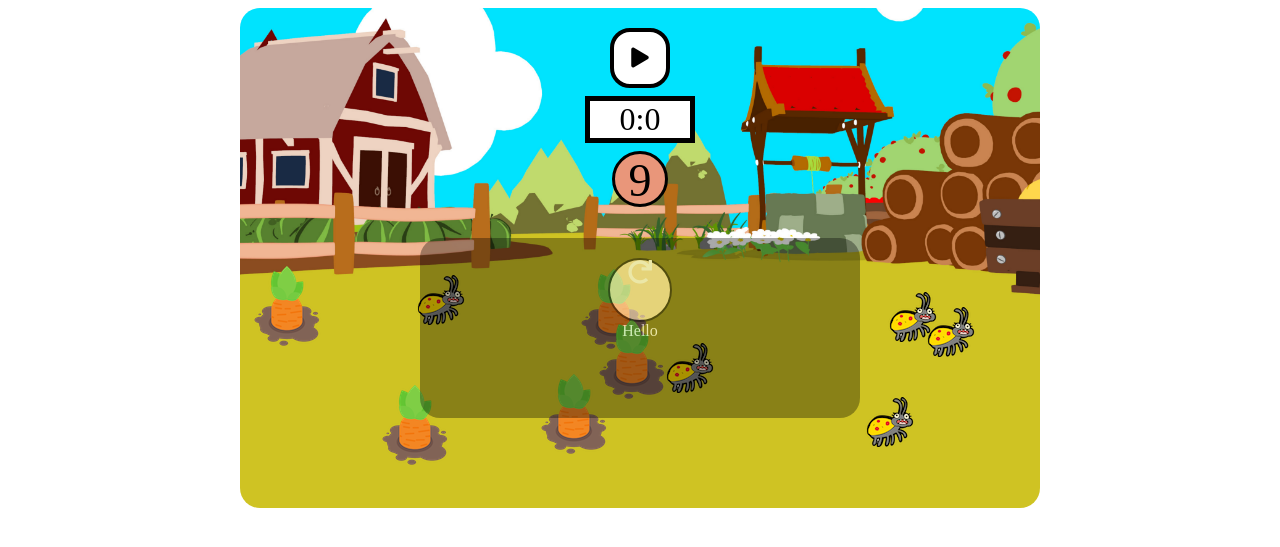
Repository: DevMinwoo-Jung/JavaScript101
Page: WebApIs/carrotClone/index.html
The author's editor kept a copy of each file at every save. The page is drawn from the files as they stood at one save, then again after the next save.
The browser window is 1280 px wide. The pictures show the whole page.

Above is the page before, as saved 2021-06-23 10:48:24.

### WebApIs/carrotClone/index.html
<!DOCTYPE html>
<html lang="en">
<head>
  <meta charset="UTF-8">
  <meta http-equiv="X-UA-Compatible" content="IE=edge">
  <meta name="viewport" content="width=device-width, initial-scale=1.0">
  <link rel="stylesheet" href="style.css">
  <script src="main.js" defer></script>
  <link rel="stylesheet" href="https://use.fontawesome.com/releases/v5.15.3/css/all.css" integrity="sha384-SZXxX4whJ79/gErwcOYf+zWLeJdY/qpuqC4cAa9rOGUstPomtqpuNWT9wdPEn2fk" crossorigin="anonymous">
  <title>Fun game</title>
</head>
<body>
  <section class="game">
    <header class="game__header">
      <button class="game__button">
        <i class="fas fa-play"></i>
        <!-- <i class="fas fa-stop"></i> -->
      </button>
        <span class="game__timer">0:0</span>
        <span class="game__score">9</span>
    </header>
    <section class="game__field"></section>
  </section>
  <section class="pop-up">
    <buttno class="pop-up__refresh">
      <i class="fas fa-redo"></i>
    </buttno>
    <span class="pop-up__message">Hello</span>
  </section>
</body>
</html>

### WebApIs/carrotClone/style.css
body {
  text-align: center;
}
.game {
  display: flex;
  flex-direction: column;
  width: 800px;
  height: 500px;
  background: url(img/background.png) center/cover;
  margin: auto;
  border-radius: 20px;
}

button {
  border: none;
  outline: none;
  cursor: pointer;
}
.game__header {
  display: flex;
  flex-direction: column;
  align-items: center;
  padding: 20px;
}

.game__button {
  width: 60px;
  height: 60px;
  background-color: white;
  border: 4px solid black;
  font-size: 20px;
  transition: transfrom 300ms ease-in;
  border-radius: 20px;
}

.game__button:hover {
  transform: scale(1.1);
}

.game__timer {
  width: 100px;
  background-color: white;
  text-align: center;
  border: 5px solid black;
  font-size: 32px;
  margin-top: 8px;
}

.game__score {
  width: 50px;
  height: 50px;
  font-size: 46px;
  border: 3px solid black;
  background-color: darksalmon;
  border-radius: 50%;
  text-align: center;
  margin-top: 8px;
}

.game__field {
  position: relative;
  /* background-color: blue; */
  width: 100%;
  height: 100%;
  margin-top: 30px;
}

.pop-up {
  width: 400px;
  height: 140px;
  padding: 20px;
  background-color: #00000090;
  border-radius: 20px;
  opacity: 0.6;
  color: white;
  text-align: center;
  margin: auto;
  transform: translateY(-150%);
}

.pop-up__refresh {
  display: block;
  width: 60px;
  height: 60px;
  font-size: 24px;
  background-color: wheat;
  border: 2px solid black;
  border-radius: 50%;
  display: block;
  margin: auto;
}

.pop-up--hide {
  display: none;
}

.pop-up__mesage {
  display: block;
  font-size: 38px;
}

### WebApIs/carrotClone/main.js
const field = document.querySelector('.game__field');
const filedRect = field.getBoundingClientRect();
const CARROT_SIZE = 80;
const CARROT_COUNT = 5;
const BUG_COUNT = 5;
const gameBtn = document.querySelector('.game__button');
const gameTimer = document.querySelector('.game__timer');
const gameScore = document.querySelector('.game__score');

let started = false;
let score = 0;
let timer = undefined;

gameBtn.addEventListener('click', () =>{
  if(started) {
    stopGmae();
  } else {
    startGame();
  }
  started = ~started;
});


function startGame(){
  initGame();
}

function stopGame(){

}


function initGame() {
  // create bug and carrot
  console.log(filedRect);
  addItem('carrot', CARROT_COUNT, 'img/carrot.png');
  addItem('bug', BUG_COUNT, 'img/bug.png');
}



function addItem(classNmae, count, imgPath){
  const x1 = 0;
  const y1 = 0;
  const x2 = filedRect.width - CARROT_SIZE;
  const y2 = filedRect.height - CARROT_SIZE;
  for(let i = 0; i < count ; i ++){
    const item = document.createElement('img');
    item.setAttribute('class', classNmae);
    item.setAttribute('src', imgPath);
    item.style.position = 'absolute'
    const x = randomNumber(x1, x2);
    const y = randomNumber(y1, y2);
    item.style.left = `${x}px`;
    item.style.top = `${y}px`;
    field.appendChild(item);
  }
}

function randomNumber(min, max){
  return Math.random() * (max - min) + min;
}

initGame();

After the next save:
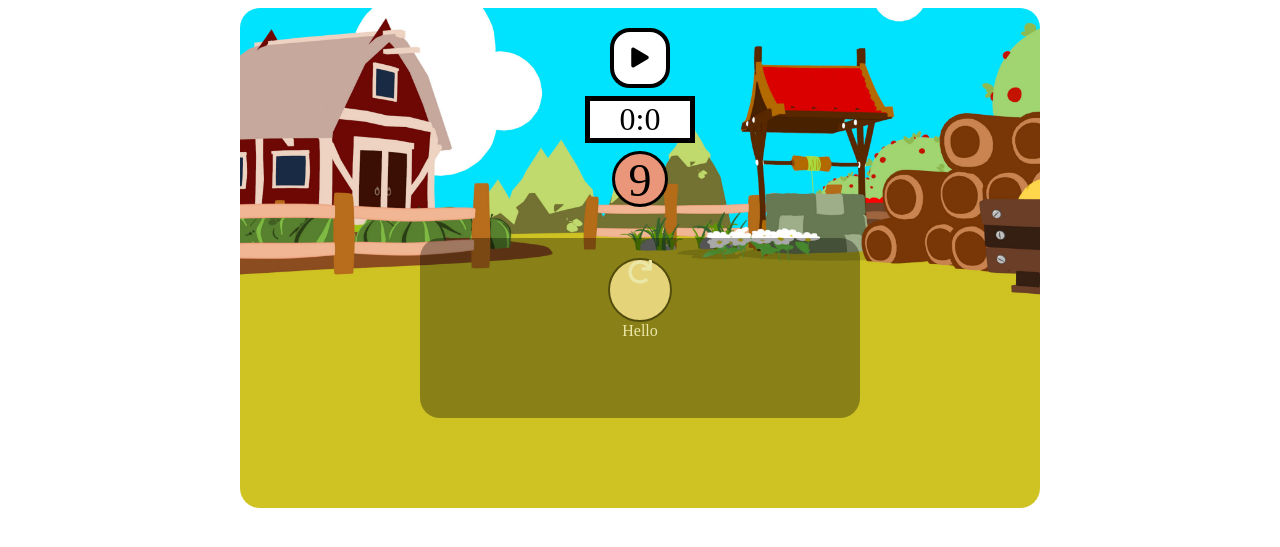
Saved 37 s later.
--- a/WebApIs/carrotClone/main.js
+++ b/WebApIs/carrotClone/main.js
@@ -13,7 +13,8 @@ let timer = undefined;
 
 gameBtn.addEventListener('click', () =>{
   if(started) {
-    stopGmae();
+    initGame();
+    stopGame();
   } else {
     startGame();
   }
@@ -60,5 +61,3 @@ function addItem(classNmae, count, imgPath){
 function randomNumber(min, max){
   return Math.random() * (max - min) + min;
 }
-
-initGame();
